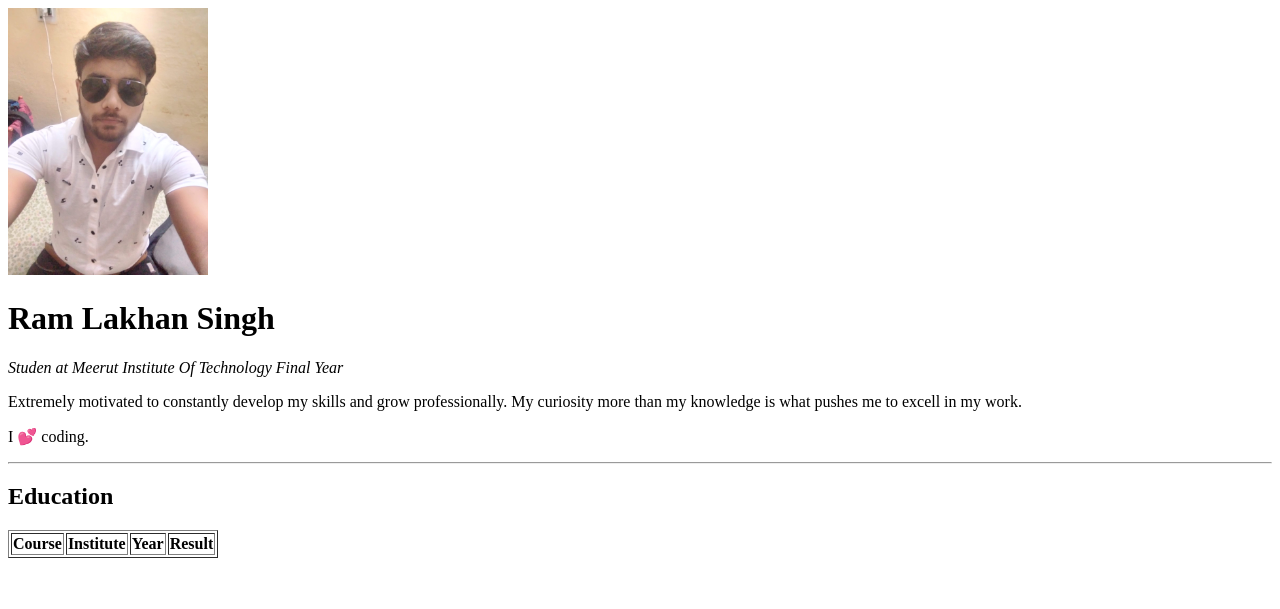
Repository: ramlakhan1/resume1
Page: resume.html
An editor plug-in stored every save of this project. The page is shown before and after a run of saves, followed by the edit.
The browser window is 1280 px wide. The pictures show the whole page.

Above is the page before, as saved 2022-11-05 14:19:07.

After the next 4 saves:
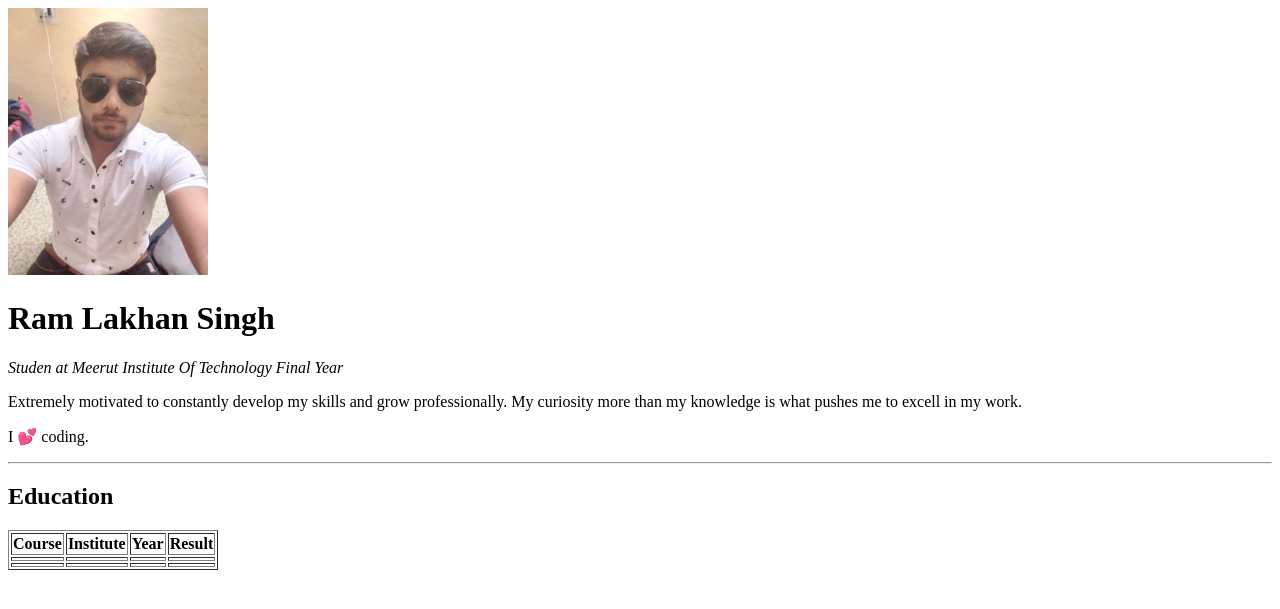
The 4 saves are shown as one change because they came seconds apart.
The last was saved 33 s later.
--- a/resume.html
+++ b/resume.html
@@ -24,6 +24,18 @@
                 <th>Year</th>
                 <th>Result</th>
             </tr>
+            <tr>
+                <td></td>
+                <td></td>
+                <td></td>
+                <td></td>
+            </tr>
+            <tr>
+                <td></td>
+                <td></td>
+                <td></td>
+                <td></td>
+            </tr>
         </table>
 </body>
 </html>
